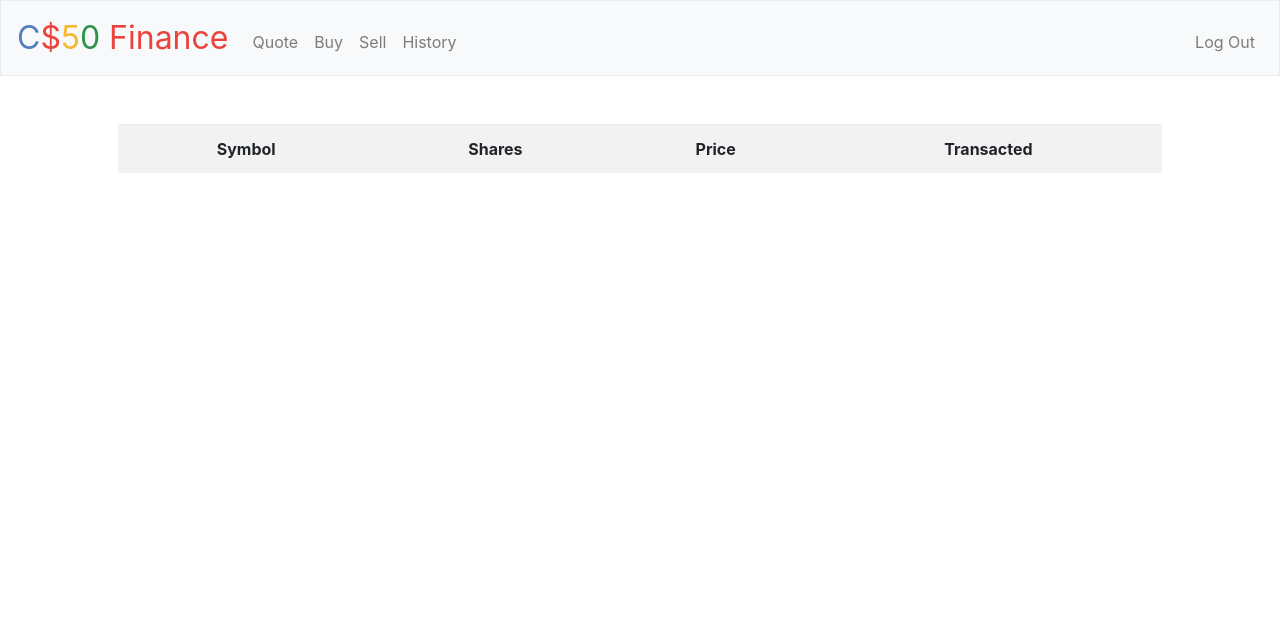
Repository: f41lure/cs50
Page: http://localhost/history
The author's editor kept a record of every edit. The page is drawn from the files as they stood at one moment, then again after the next edit.
The browser window is 1280 px wide. The pictures show the whole page.
Some web libraries are served in a nearby version. The page is served by the project's application, run on Flask 3 (pset7/finance/application.py). The session is filled in as if someone had signed in: {"user_id": 1}. The page reads the database file committed with the project.

Above is the page before.

### pset7/finance/templates/history.html
{% extends "layout.html" %}

{% block title %}
    History
{% endblock %}

{% block main %}
    <table class="table table-striped" style="width:100%">
      <tr>
        <th>Symbol</th>
        <th>Shares</th>
        <th>Price</th>
        <th>Transacted</th>
      </tr>
    {% for history in histories %}
      <tr>
        <td>{{ history.symbol }}</td>
        <td>{{ history.shares }}</td>
        <td>{{ history.price }}</td>
        <td>{{ history.transacted }}</td>
      </tr>
    {% endfor %}
    </table>

{% endblock %}

### pset7/finance/templates/layout.html
<!DOCTYPE html>

<html lang="en">

    <head>

        <!-- Required meta tags -->
        <meta charset="utf-8"/>
        <meta name="viewport" content="width=device-width, initial-scale=1, shrink-to-fit=no"/>

        <!-- documentation at http://getbootstrap.com/docs/4.0/, alternative themes at https://bootswatch.com/4-alpha/ -->
        <link href="https://maxcdn.bootstrapcdn.com/bootstrap/4.0.0-beta.2/css/bootstrap.min.css" rel="stylesheet"/>

        <link href="/static/styles.css" rel="stylesheet"/>

        <script src="https://code.jquery.com/jquery-3.1.1.min.js"></script>
        <script src="https://cdnjs.cloudflare.com/ajax/libs/popper.js/1.12.3/umd/popper.min.js"></script>
        <script src="https://maxcdn.bootstrapcdn.com/bootstrap/4.0.0-beta.2/js/bootstrap.min.js"></script>

        <title>C$50 Finance: {% block title %}{% endblock %}</title>

    </head>

    <body>

        <nav class="navbar navbar-expand-md navbar-light bg-light border">
            <a class="navbar-brand" href="/"><span class="blue">C</span><span class="red">$</span><span class="yellow">5</span><span class="green">0</span> <span class="red">Finance</span></a>
            <button aria-controls="navbar" aria-expanded="false" aria-label="Toggle navigation" class="navbar-toggler" data-target="#navbar" data-toggle="collapse" type="button">
                <span class="navbar-toggler-icon"></span>
            </button>
            <div class="collapse navbar-collapse" id="navbar">
                {% if session.user_id %}
                    <ul class="navbar-nav mr-auto mt-2">
                        <li class="nav-item"><a class="nav-link" href="/quote">Quote</a></li>
                        <li class="nav-item"><a class="nav-link" href="/buy">Buy</a></li>
                        <li class="nav-item"><a class="nav-link" href="/sell">Sell</a></li>
                        <li class="nav-item"><a class="nav-link" href="/history">History</a></li>
                    </ul>
                    <ul class="navbar-nav ml-auto mt-2">
                        <li class="nav-item"><a class="nav-link" href="/logout">Log Out</a></li>
                    </ul>
                {% else %}
                    <ul class="navbar-nav ml-auto mt-2">
                        <li class="nav-item"><a class="nav-link" href="/register">Register</a></li>
                        <li class="nav-item"><a class="nav-link" href="/login">Log In</a></li>
                    </ul>
                {% endif %}
            </div>
        </nav>

        {% if get_flashed_messages() %}
            <header>
                <div class="alert alert-primary border text-center" role="alert">
                    {{ get_flashed_messages() | join(" ") }}
                </div>
            </header>
        {% endif %}

        <main class="container p-5">
            {% block main %}{% endblock %}
        </main>

    </body>

</html>

### pset7/finance/application.py
from cs50 import SQL
from flask import Flask, flash, redirect, render_template, request, session, url_for
from flask_session import Session
from passlib.apps import custom_app_context as pwd_context
from tempfile import mkdtemp
import re
from helpers import *

# configure application
app = Flask(__name__)

# ensure responses aren't cached
if app.config["DEBUG"]:
    @app.after_request
    def after_request(response):
        response.headers["Cache-Control"] = "no-cache, no-store, must-revalidate"
        response.headers["Expires"] = 0
        response.headers["Pragma"] = "no-cache"
        return response

# custom filter
app.jinja_env.filters["usd"] = usd

# configure session to use filesystem (instead of signed cookies)
app.config["SESSION_FILE_DIR"] = mkdtemp()
app.config["SESSION_PERMANENT"] = False
app.config["SESSION_TYPE"] = "filesystem"
Session(app)

# configure CS50 Library to use SQLite database
db = SQL("sqlite:///finance.db")

@app.route("/")
@login_required
def index():

    data = db.execute("""SELECT * FROM record WHERE id = :id""", id=session["user_id"])
    grand_tot = 0
    cash_info = db.execute("SELECT cash FROM users WHERE id = :id", id=session["user_id"])
    for row in data:
        symbol = row["stock"]
        shares = row["amount"]
        stock = lookup(symbol)
        total = shares * float(stock["price"])
        grand_tot += total
        db.execute("UPDATE record SET price=:price, \
                    value=:total WHERE id=:id AND stock=:symbol", \
                    price=usd(stock["price"]), \
                    total=usd(total), id=session["user_id"], symbol=symbol)
    grand_tot += cash_info[0]["cash"]
    new_data = db.execute("SELECT * from record \
                                    WHERE id=:id", id=session["user_id"])
    return render_template("index.html", stocks=new_data, cash = usd(cash_info[0]["cash"]), total = usd(grand_tot))


@app.route("/buy", methods=["GET", "POST"])
@login_required
def buy():
    """Buy shares of stock."""
    if request.method == "POST":
        if not request.form.get("symbol"):
            return apology("Enter a symbol.")
        symb = lookup(request.form.get("symbol"))

        if not symb:
            return apology("Invalid symbol. Re-enter.")

        try:
            shares = int(request.form.get("shares"))
            if shares < 0:
                return apology("Shares must be positive integer")
        except:
            return apology("Shares must be positive integer")


        cash_info = db.execute("SELECT cash FROM users WHERE id = :id", id=session["user_id"])
        if float(cash_info[0]["cash"]) < symb["price"] * shares:
            return apology("Not enough funds.")

        name_of_us = db.execute("""SELECT * FROM users WHERE id = :id""", id=session["user_id"])

        name = name_of_us[0]["username"]

        db.execute("UPDATE users SET cash = cash - :purchase WHERE id = :id", id=session["user_id"], purchase=symb["price"] * float(shares))

        new_cash = db.execute("SELECT * FROM users WHERE id = :id", id=session["user_id"])

        foo = new_cash[0]["cash"]



        # Table which records all transactions ever made

        db.execute("""INSERT INTO trans (id, stock, shares, total, type)
                      VALUES (:id, :stock, :shares, :total, :type)""",
                    id=session.get("user_id"),
                    stock=request.form.get("symbol"),
                    shares=shares,
                    total = symb["price"] * shares,
                    type="buy")

        previous_shares = db.execute("""SELECT amount FROM record WHERE stock = :stock AND id = :id""", stock=request.form.get("symbol"), id=session["user_id"])
        previous_value = db.execute("""SELECT value FROM record WHERE stock = :stock AND id = :id""", stock=request.form.get("symbol"), id=session["user_id"])

        if not previous_shares:
            db.execute("""INSERT INTO record (id, stock, amount, price, value)
                          VALUES (:id, :stock, :amount, :price, :value)""",
                        id=session.get("user_id"),
                        stock=request.form.get("symbol"),
                        amount=shares,
                        price=symb["price"],
                        value = symb["price"] * shares)
        else:
            new_amount = int(previous_shares[0]["amount"]) + shares
            new_value = int(previous_value[0]["value"] + symb["price"]) * shares

            db.execute("""UPDATE record SET amount = :amount WHERE id = :id AND stock = :stock""", amount = new_amount, id=session["user_id"], stock=request.form.get("symbol"))
            db.execute("""UPDATE record SET value = :value WHERE id = :id AND stock = :stock""", value = new_value, id=session["user_id"], stock=request.form.get("symbol"))

        return redirect(url_for("index"))

    else:
        return render_template("buy.html")

@app.route("/history")
@login_required
def history():
    histories = db.execute("SELECT * from trans WHERE id=:id", id=session["user_id"])

    return render_template("history.html", trans=histories)

@app.route("/login", methods=["GET", "POST"])
def login():
    """Log user in."""

    # forget any user_id
    session.clear()

    # if user reached route via POST (as by submitting a form via POST)
    if request.method == "POST":

        # ensure username was submitted
        if not request.form.get("username"):
            return apology("must provide username")

        # ensure password was submitted
        elif not request.form.get("password"):
            return apology("must provide password")

        # query database for username
        rows = db.execute("SELECT * FROM users WHERE username = :username", username=request.form.get("username"))

        # ensure username exists and password is correct
        if len(rows) != 1 or not pwd_context.verify(request.form.get("password"), rows[0]["hash"]):
            return apology("invalid username and/or password")

        # remember which user has logged in
        session["user_id"] = rows[0]["id"]

        # redirect user to home page
        return redirect(url_for("index"))

    # else if user reached route via GET (as by clicking a link or via redirect)
    else:
        return render_template("login.html")

@app.route("/logout")
def logout():
    """Log user out."""

    # forget any user_id
    session.clear()

    # redirect user to login form
    return redirect(url_for("login"))

@app.route("/quote", methods=["GET", "POST"])
@login_required
def quote():
    """Get stock quote."""
    if request.method == "POST":
        symbol = lookup(request.form.get("symbol"))
        if not symbol:
            return apology("Invalid symbol. Please re-enter.")
        return render_template("quoted.html", stock=usd(symbol))

    elif request.method == "GET":
        return render_template("quote.html")

@app.route("/register", methods=["GET", "POST"])
def register():

    if request.method == "POST":
        if not request.form.get("username") or not request.form.get("password") or request.form.get("password") != request.form.get("confirmation"):
            return apology("retry", 400)

        # insert the new user into users, storing the hash of the user's password
        result = db.execute("INSERT INTO users (username, hash, cash) \
                             VALUES(:username, :hash, :cash)", \
                             username=request.form.get("username"), \
                             hash=pwd_context.hash(request.form.get("password")), \
                             cash=10000)

        if not result:
            return apology("Username already exist")

        # remember which user has logged in
        session["user_id"] = result

        # redirect user to home page
        return redirect(url_for("index"))

    else:
        return render_template("register.html")

@app.route("/sell", methods=["GET", "POST"])
@login_required
def sell():
    """Sell shares of stock."""
    if request.method == "POST":
        if not request.form.get("symbol"):
            return apology("Enter a symbol.")
        symb = lookup(request.form.get("symbol"))

        if not symb:
            return apology("Invalid symbol. Re-enter.")

        try:
            shares = int(request.form.get("shares"))
            if shares < 0:
                return apology("Shares must be positive integer")
        except:
            return apology("Shares must be positive integer")


        cash_info = db.execute("SELECT cash FROM users WHERE id = :id", id=session["user_id"])


        name_of_us = db.execute("""SELECT * FROM users WHERE id = :id""", id=session["user_id"])

        name = name_of_us[0]["username"]

        db.execute("UPDATE users SET cash = cash + :purchase WHERE id = :id", id=session["user_id"], purchase=symb["price"] * float(shares))

        new_cash = db.execute("SELECT * FROM users WHERE id = :id", id=session["user_id"])

        foo = new_cash[0]["cash"]



        # Table which records all transactions ever made

        db.execute("""INSERT INTO trans (id, stock, shares, total, type)
                      VALUES (:id, :stock, :shares, :total, :type)""",
                    id=session.get("user_id"),
                    stock=request.form.get("symbol"),
                    shares=shares,
                    total = symb["price"] * shares,
                    type="sell")

        previous_shares = db.execute("""SELECT amount FROM record WHERE stock = :stock AND id = :id""", stock=request.form.get("symbol"), id=session["user_id"])
        previous_value = db.execute("""SELECT value FROM record WHERE stock = :stock AND id = :id""", stock=request.form.get("symbol"), id=session["user_id"])

        if not previous_shares:
            # db.execute("""INSERT INTO record (id, stock, amount, price, value)
            #               VALUES (:id, :stock, :amount, :price, :value)""",
            #             id=session.get("user_id"),
            #             stock=request.form.get("symbol"),
            #             amount=shares,
            #             price=symb["price"],
            #             value = symb["price"] * shares)
            return apology("Can't sell something you don't have", 400)

        else:
            new_amount = int(previous_shares[0]["amount"]) - shares
            new_value = float(float(previous_value[0]["value"][1:]) - symb["price"]) * shares

            db.execute("""UPDATE record SET amount = :amount WHERE id = :id AND stock = :stock""", amount = new_amount, id=session["user_id"], stock=request.form.get("symbol"))
            db.execute("""UPDATE record SET value = :value WHERE id = :id AND stock = :stock""", value = new_value, id=session["user_id"], stock=request.form.get("symbol"))

        return redirect(url_for("index"))

    else:
        return render_template("sell.html")

### pset7/finance/helpers.py
import csv
import os
import urllib.request

from flask import redirect, render_template, request, session
from functools import wraps


def apology(message, code=400):
    """Render message as an apology to user."""
    def escape(s):
        """
        Escape special characters.

        https://github.com/jacebrowning/memegen#special-characters
        """
        for old, new in [("-", "--"), (" ", "-"), ("_", "__"), ("?", "~q"),
                         ("%", "~p"), ("#", "~h"), ("/", "~s"), ("\"", "''")]:
            s = s.replace(old, new)
        return s
    return render_template("apology.html", top=code, bottom=escape(message)), code


def login_required(f):
    """
    Decorate routes to require login.

    http://flask.pocoo.org/docs/0.12/patterns/viewdecorators/
    """
    @wraps(f)
    def decorated_function(*args, **kwargs):
        if session.get("user_id") is None:
            return redirect("/login")
        return f(*args, **kwargs)
    return decorated_function


def lookup(symbol):
    """Look up quote for symbol."""

    # Reject symbol if it starts with caret
    if symbol.startswith("^"):
        return None

    # Reject symbol if it contains comma
    if "," in symbol:
        return None

    # Query Alpha Vantage for quote
    # https://www.alphavantage.co/documentation/
    try:

        # GET CSV
        url = f"https://www.alphavantage.co/query?apikey={os.getenv('API_KEY')}&datatype=csv&function=TIME_SERIES_INTRADAY&interval=1min&symbol={symbol}"
        webpage = urllib.request.urlopen(url)

        # Parse CSV
        datareader = csv.reader(webpage.read().decode("utf-8").splitlines())

        # Ignore first row
        next(datareader)

        # Parse second row
        row = next(datareader)

        # Ensure stock exists
        try:
            price = float(row[4])
        except:
            return None

        # Return stock's name (as a str), price (as a float), and (uppercased) symbol (as a str)
        return {
            "price": price,
            "symbol": symbol.upper()
        }

    except:
        return None


def usd(value):
    """Format value as USD."""
    return f"${value:,.2f}"

### pset7/finance/finance.db (the tables this page reads, as SQL)
CREATE TABLE 'trans' ('id' INTEGER, 'stock' TEXT, 'shares' INTEGER, 'total' INTEGER, 'type' TEXT);
INSERT INTO "trans" VALUES
(1, 'DAX', 1, 30.56, 'buy'),
(1, 'DAX', 2, 61.12, 'buy'),
(1, 'DAX', 2, 61.12, 'sell'),
(1, 'DAX', 3, 9.16799999999999926e+01, 'sell'),
(1, 'DAX', 1, 30.74, 'sell'),
(1, 'DAX', 1, 30.74, 'sell'),
(1, 'DAX', 1, 30.74, 'sell'),
(1, 'DAX', 1, 30.74, 'sell'),
(1, 'DAX', 1, 30.74, 'sell');

Loaded but not shown: pset7/finance/static/styles.css (common file)

After the next edit:
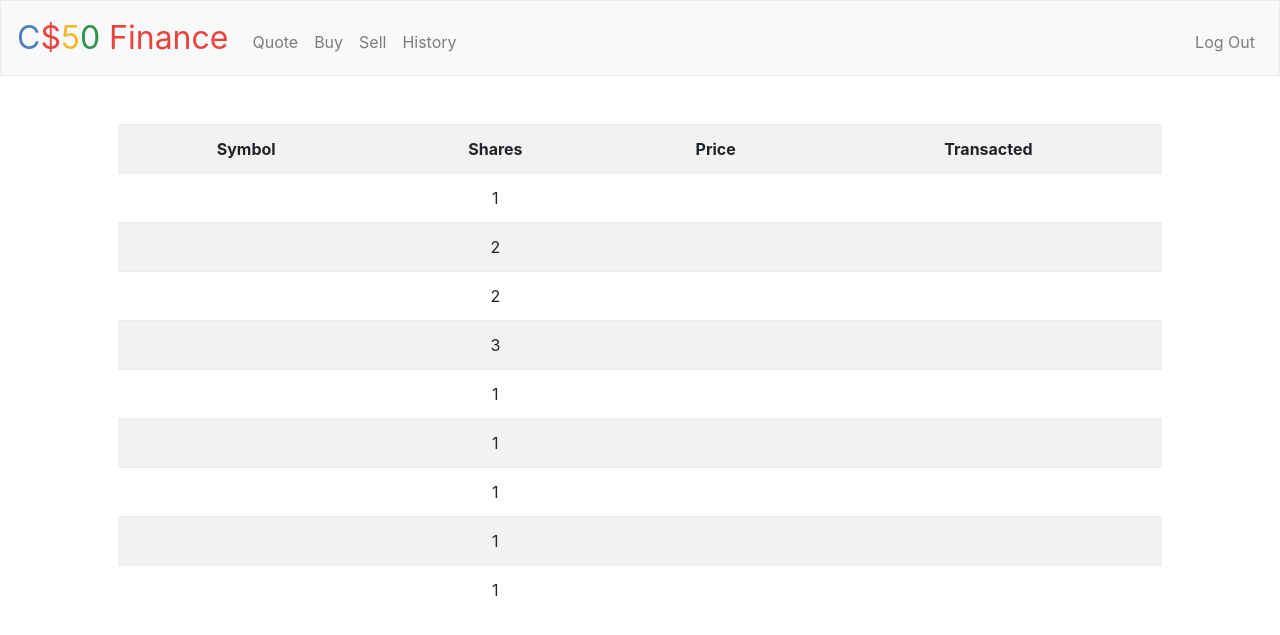
The edit:
--- a/pset7/finance/templates/history.html
+++ b/pset7/finance/templates/history.html
@@ -12,7 +12,7 @@
         <th>Price</th>
         <th>Transacted</th>
       </tr>
-    {% for history in histories %}
+    {% for history in trans %}
       <tr>
         <td>{{ history.symbol }}</td>
         <td>{{ history.shares }}</td>
